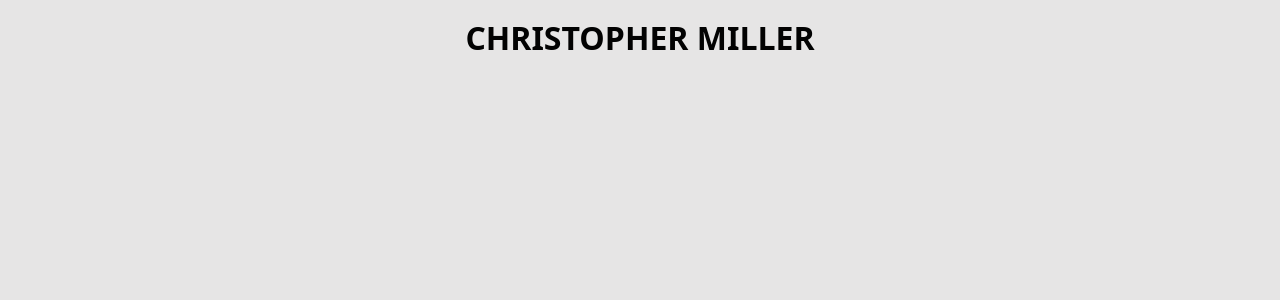
Repository: lannguyen1301/f8-zoom-day-4
Page: cv.html
The author's editor kept a copy of each file at every save. The page is drawn from the files as they stood at one save, then again after a run of saves.
The browser window is 1280 px wide. The pictures show the whole page.

Above is the page before, as saved 2025-04-17 23:02:19.

After the next 2 saves:
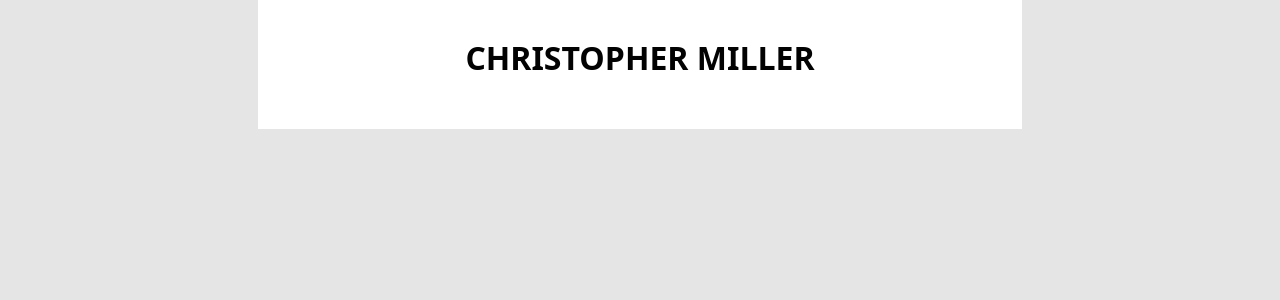
The 2 saves are shown as one change because they came seconds apart.
The last was saved 6 s later.
--- a/cv.html
+++ b/cv.html
@@ -10,7 +10,7 @@
 </head>
 
 <body>
-    <div>
+    <div class="content">
         <div class="top-desc">
             <h1 class="title-desc">CHRISTOPHER MILLER</h1>
 
